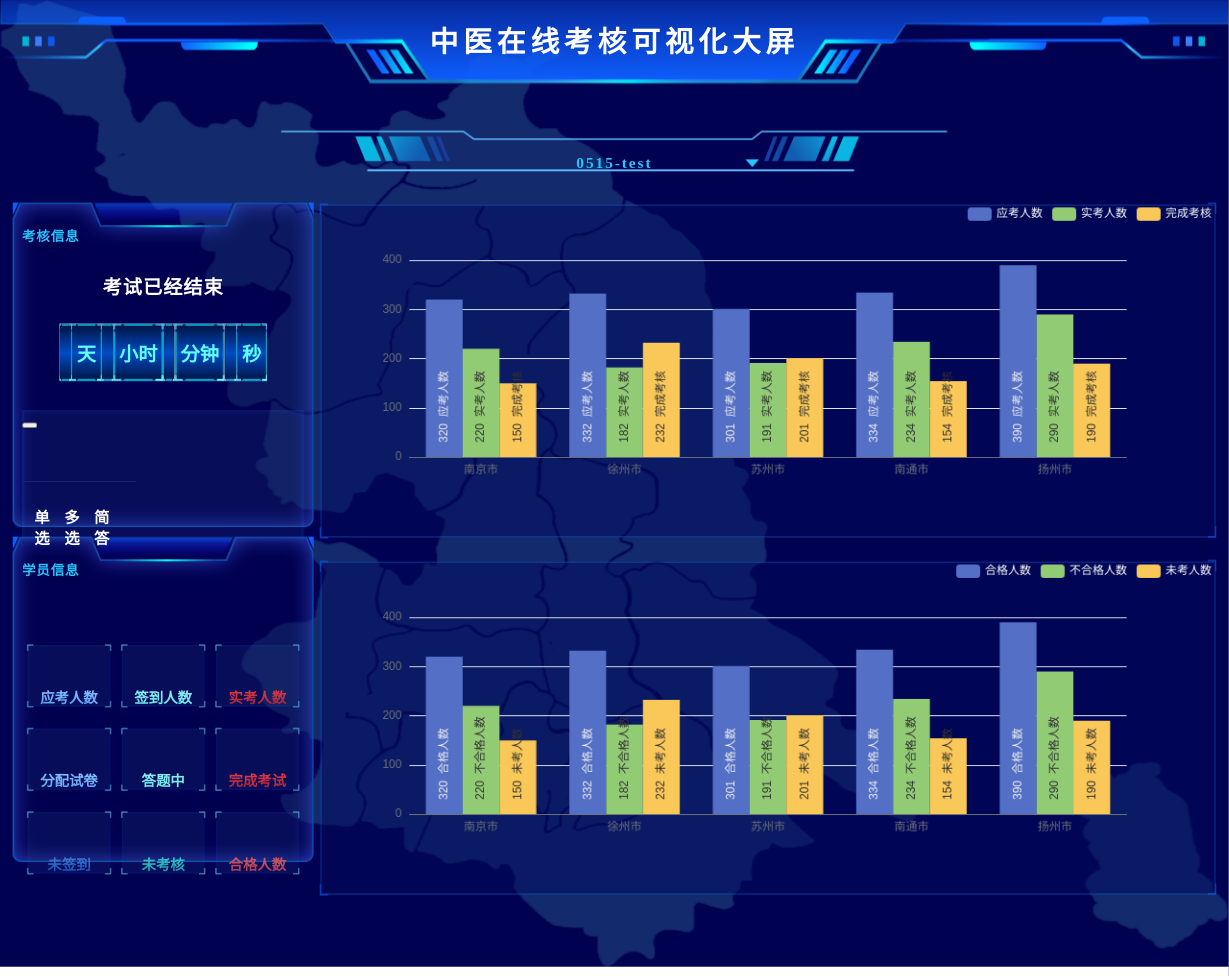
Repository: krislorem/medicine-online-datascreen-vue
Page: /
These files come from the project's save history. The page is drawn as it stood at one moment and after the next save; the edit follows.
The browser window is 1280 px wide. The pictures show the whole page, at 96% of full size.
The project was rebuilt for these pictures with package versions that can differ from the ones it lists, and the page was loaded fresh each time. Also part of the build but not shown: vite.config.ts.

Above is the page before, as saved 2024-12-04 20:51:25.

After the next save:
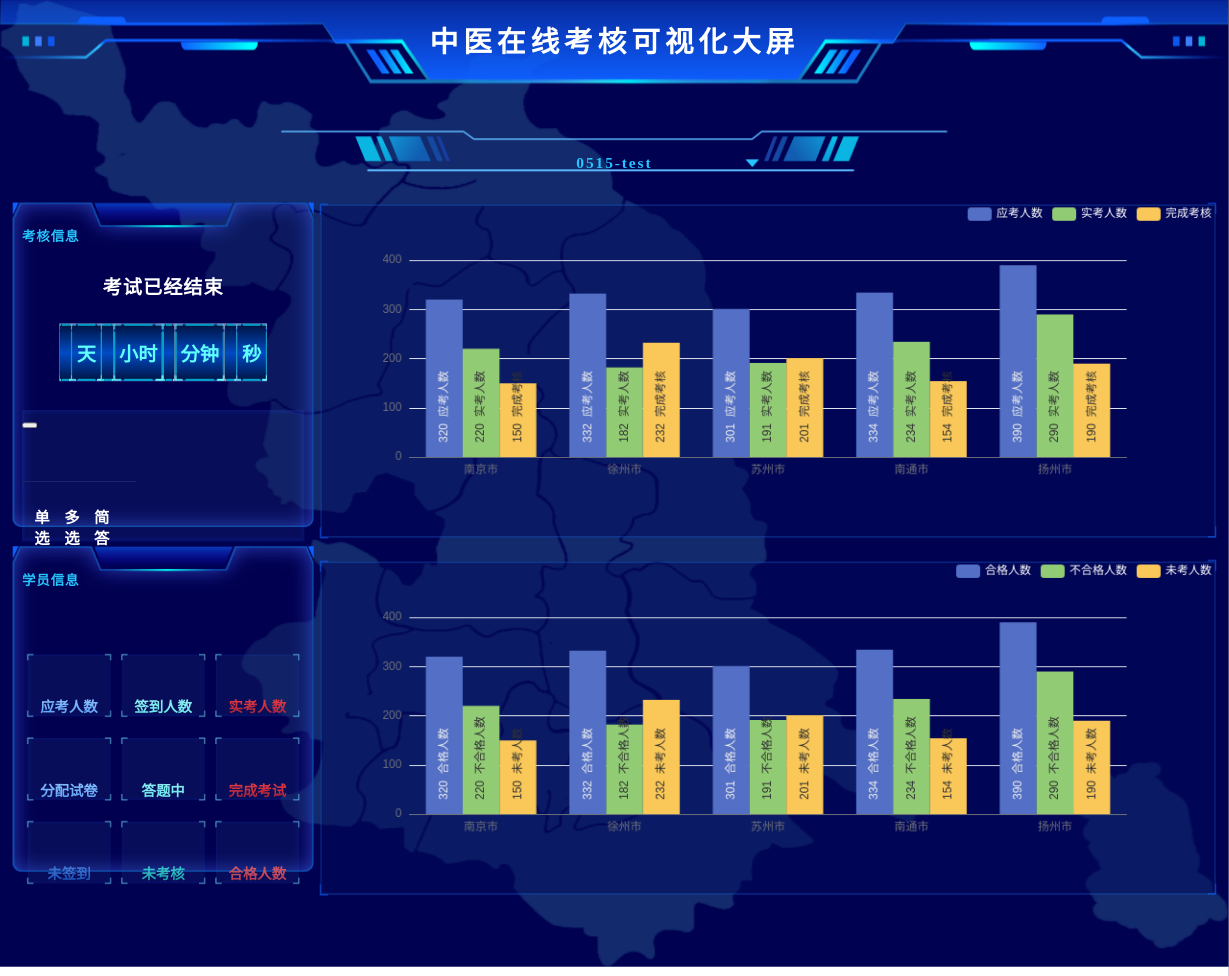
Saved 5 s later.
--- a/src/views/HomeView.vue
+++ b/src/views/HomeView.vue
@@ -229,7 +229,7 @@ body {
 }
 
 #all-info #left .item-1 {
-  margin-bottom: 10px;
+  margin-bottom: 20px;
 }
 
 #all-info #left .item-1 .time-title {
